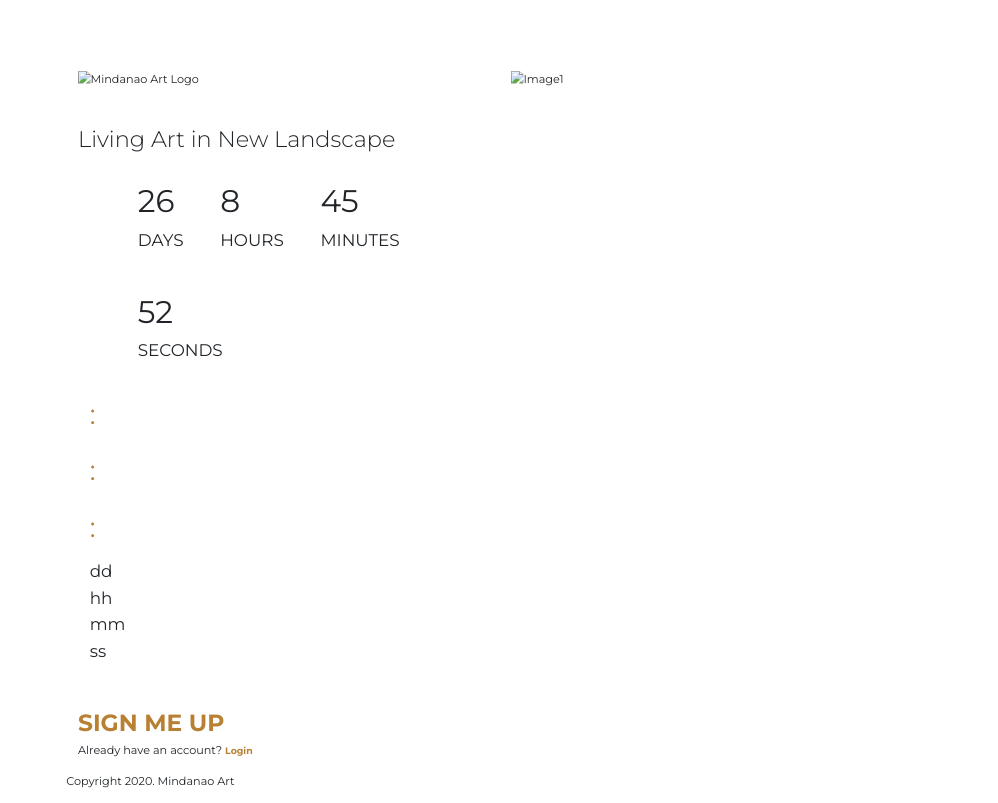
Repository: KleKlai/project-exodus
Page: http://localhost/
The author's editor kept a copy of each file at every save. The page is drawn from the files as they stood at one save, then again after the next save.
The browser window is 1280 px wide. The pictures show the whole page, at 78% of full size.
The page is served by the project's Laravel application, run on PHP 8.4 with Laravel 8.

Above is the page before, as saved 2020-10-02 18:58:00.

After the next save:
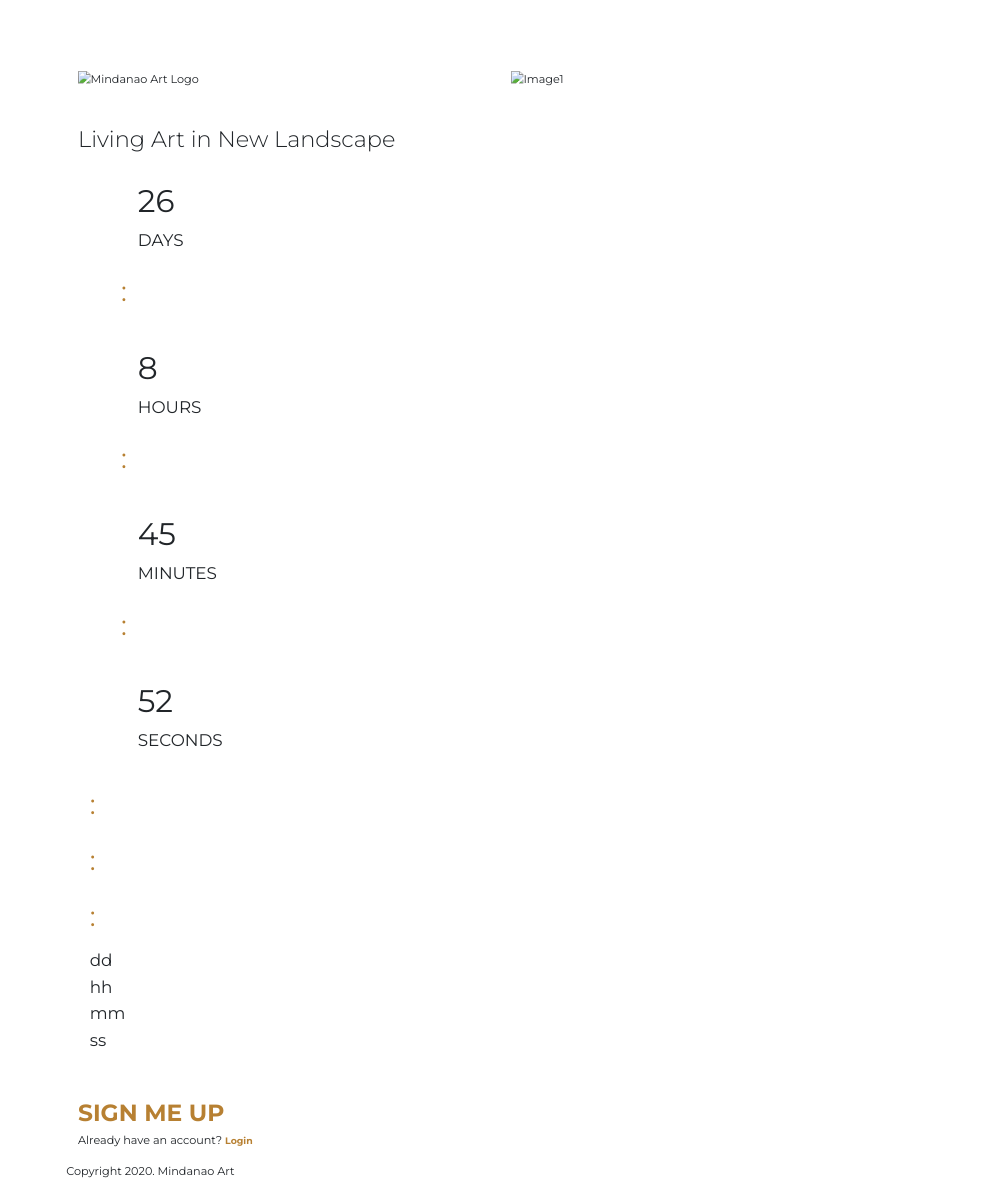
Saved 26 s later.
--- a/resources/views/welcome.blade.php
+++ b/resources/views/welcome.blade.php
@@ -200,9 +200,9 @@
                                     <div class="container">
                                         <div id="countdown">
                                             <ul>
-                                                <li><span id="days"></span>days</li>
-                                                <li><span id="hours"></span>Hours</li>
-                                                <li><span id="minutes"></span>Minutes</li>
+                                                <li><span id="days"></span>days</li> <p class="column">:</p>
+                                                <li><span id="hours"></span>Hours</li> <p class="column">:</p>
+                                                <li><span id="minutes"></span>Minutes</li> <p class="column">:</p>
                                                 <li><span id="seconds"></span>Seconds</li>
                                             </ul>
                                             <h1 class="days"><span id="days"></h1> <p class="column">:</p>
